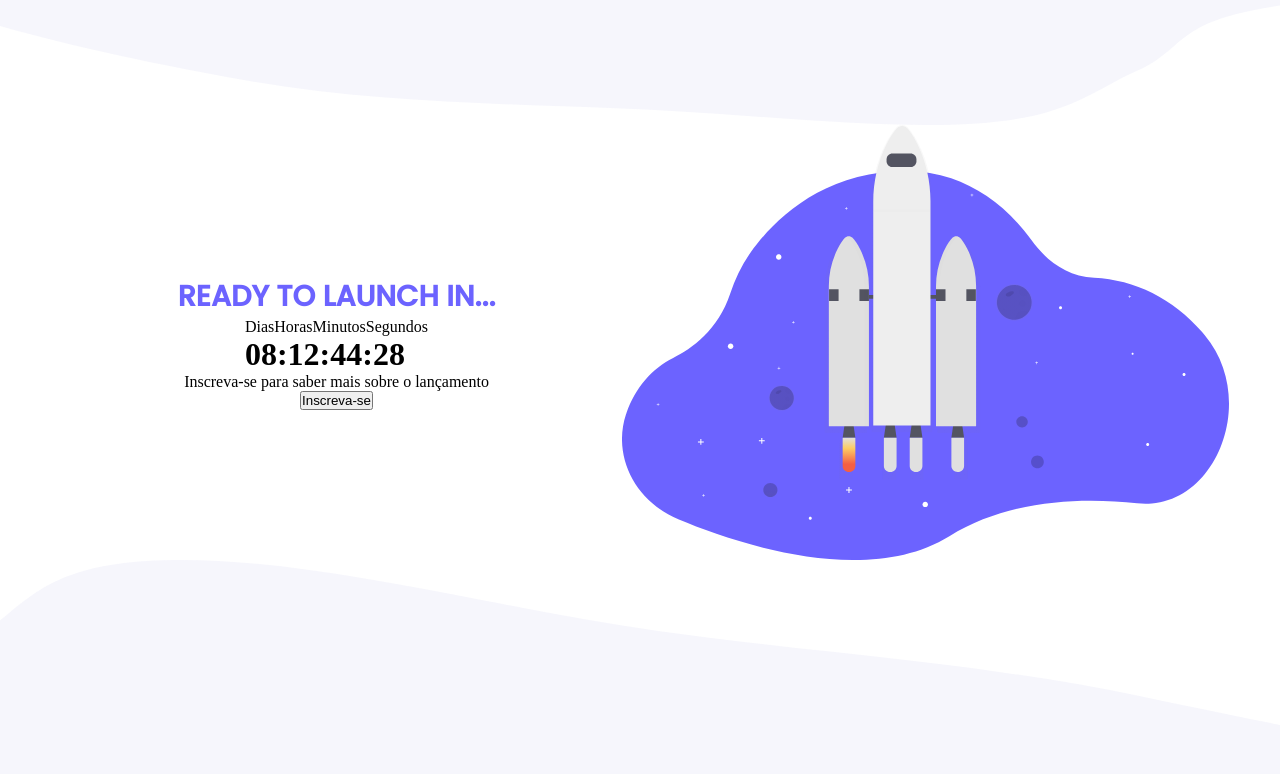
Repository: BrunoBross/countdown
Page: index.html
An editor plug-in stored every save of this project. The page is shown before and after the next save, followed by the edit.
The browser window is 1280 px wide. The pictures show the whole page.

Above is the page before, as saved 2021-11-30 00:45:02.

### index.html
<!DOCTYPE html>
<html lang="en">
<head>
  <meta charset="UTF-8">
  <meta http-equiv="X-UA-Compatible" content="IE=edge">
  <meta name="viewport" content="width=device-width, initial-scale=1.0">
  <title>Document</title>
  <link rel="stylesheet" href="./style.css">
  <link rel="preconnect" href="https://fonts.googleapis.com">
  <link rel="preconnect" href="https://fonts.gstatic.com" crossorigin>
  <link href="https://fonts.googleapis.com/css2?family=Poppins:wght@300;400;500&display=swap" rel="stylesheet">
</head>
<body>
  <div class="background">
    <img class="image" id="top" src="./assets/top-image.svg" alt="">
    <div class="center">
      <div class="content">
        <h1>READY TO LAUNCH IN...</h1>
        <div class="clock">
          <div class="labels">
            <p>Dias</p>
            <p>Horas</p>
            <p>Minutos</p>
            <p>Segundos</p>
          </div>
          <div class="time">
            <h1>08</h1>
            <h1>:</h1>
            <h1>12</h1>
            <h1>:</h1>
            <h1>44</h1>
            <h1>:</h1>
            <h1>28</h1>
          </div>
        </div>
        <p>Inscreva-se para saber mais sobre o lançamento</p>
        <button>Inscreva-se</button>
      </div>
      <img id="rocket" src="./assets/rocket.svg" alt="">
    </div>
    <img class="image" id="bottom" src="./assets/bottom-image.svg" alt="">
  </div>
</body>

<script src="./script.js"></script>
</html>

### style.css
*{
  padding: 0;
  margin: 0;
}

body{
  background-color: #FFF;
}

.background{
  height: 100vh;
  display: flex;
  flex-direction: column;
  justify-content: space-between;
}

.center{
  padding: 0 4vw;
  display: flex;
  justify-content: space-between;
}

.image{
  width: 100vw;
}

.clock{
  display: flex;
  flex-direction: column;
}

.labels{
  display: flex;
}

.time{
  display: flex;
}

.content{
  width: 50vw;
  display: flex;
  flex-direction: column;
  justify-content: center;
  align-items: center;
}

.content > h1{
  color: #6C63FF;
  font-family: 'Poppins', 'sans-serif';
  font-weight: 700;
  font-size: 4vh;
  font-stretch: 2vh;
}

Loaded but not shown: script.js (no copy from this time; the picture is the same without it)

After the next save:
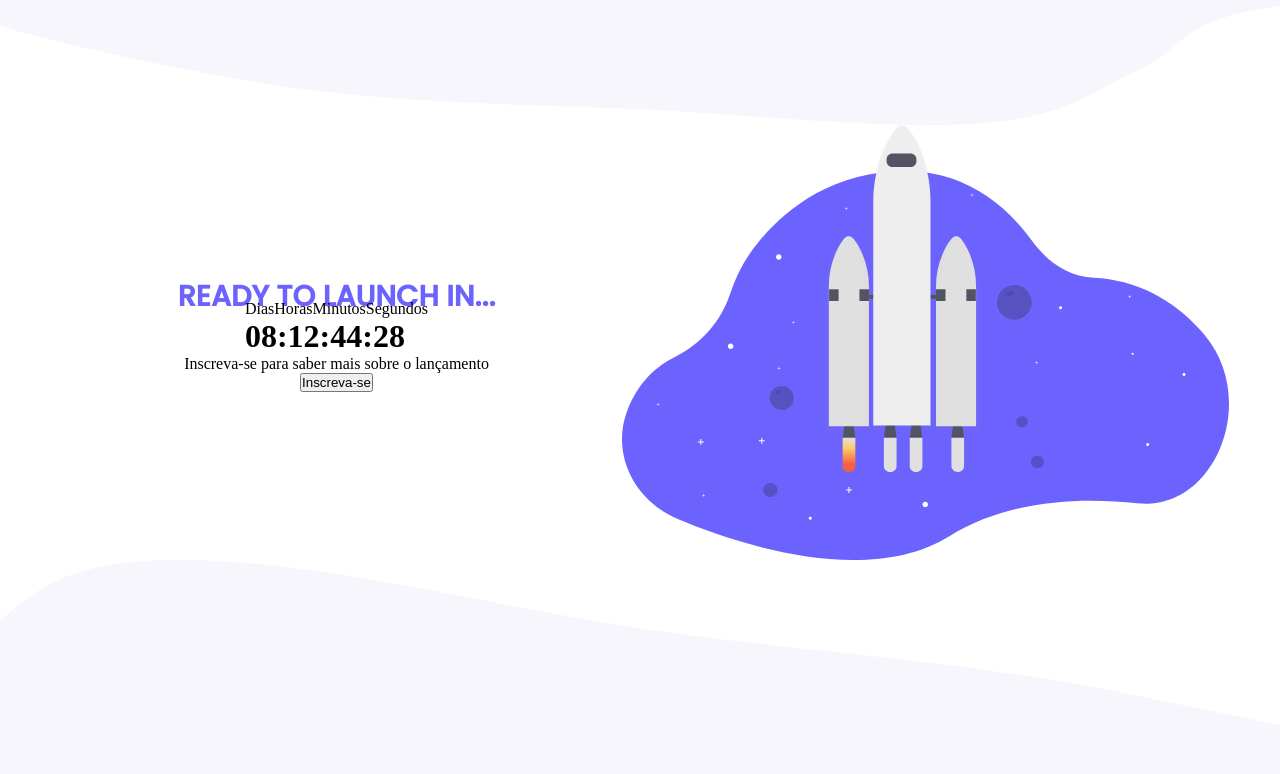
Saved 32 s later.
--- a/style.css
+++ b/style.css
@@ -50,5 +50,5 @@ body{
   font-family: 'Poppins', 'sans-serif';
   font-weight: 700;
   font-size: 4vh;
-  font-stretch: 2vh;
+  line-height: 1vh;
 }
